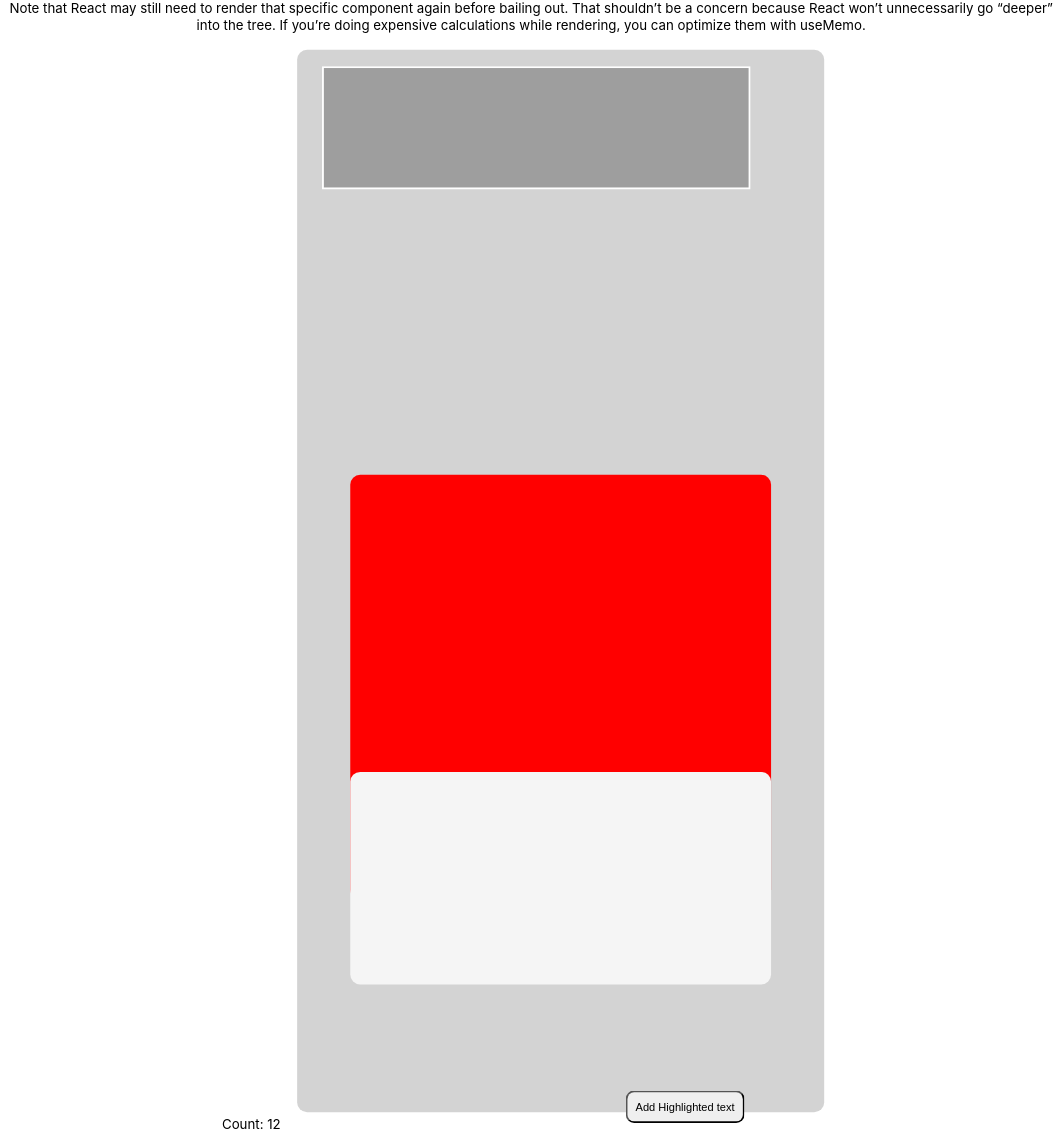
Repository: Farbod29/React-text-highlighter-with-hook-
Page: /
These files come from the project's save history. The page is drawn as it stood at one moment and after a run of saves; the edit follows.
The browser window is 1280 px wide. The pictures show the whole page, at 83% of full size.
Pictures or frames that could not be fetched are drawn as grey boxes. The project was rebuilt for these pictures with package versions that can differ from the ones it lists, and the page was loaded fresh each time.

Above is the page before, as saved 2022-02-18 23:07:57.

### src/App.js
import './App.css';
import Highlighter from './highlighter';
function App() {
  return (
    <div className="App">
      <Highlighter />
    </div>
  );
}

export default App;

### src/highlighter.js
import React, { useEffect, useState } from 'react';

export default function Highlighter() {
  let doit = () => {
    document.onmouseup = () => {
      console.log(window.getSelection().toString());
    };
  };
  const [count, setCount] = useState(12);
  return (
    <>
      <div>
        {' '}
        Note that React may still need to render that specific component again
        before bailing out. That shouldn’t be a concern because React won’t
        unnecessarily go “deeper” into the tree. If you’re doing expensive
        calculations while rendering, you can optimize them with useMemo.
      </div>
      Count: {count}
      {/* <button onClick={() => setCount((prevCount) => prevCount - 1)}>-</button> */}
      <div
        style={{
          padding: '0px 10px',
          height: '100vw',
          width: '48vw',
          margin: '20px',
          borderRadius: '12px',
          backgroundColor: '#D3D3D3',
          inline: true,
          fontColor: 'red',
          display: 'inline-block',
          textAlign: 'center',
          position: 'relative',
        }}
      >
        <img
          style={{
            height: '20vh',
            width: '40vw',
            position: 'absolute',
            border: '2px solid',
            borderColor: '#ffff',
            left: 30,
            top: 20,
          }}
          src="https://pfrias.couragecompanion.eu/storage/m/_v2/213604778138275840/4f8b684e5-e9314a/vlyvkRQwb3ew/u8hVvH5l5IFvha9MQyXCzPOYLo2SXG3bqIpv6vBg.png"
        ></img>
        <div
          style={{
            // textBox1
            padding: '0px 10px',
            backgroundColor: 'red',
            height: '40vw',
            width: '38vw',
            left: '5vw',
            top: '40vw',
            borderRadius: '12px',
            position: 'absolute',
          }}
        />
        <div
          style={{
            // textBox
            padding: '0px 10px',
            backgroundColor: '#F5F5F5',
            height: '20vw',
            width: '38vw',
            left: '5vw',
            top: '68vw',
            borderRadius: '12px',
            position: 'absolute',
          }}
        />
        <div
          style={{
            top: '500',
            position: 'absolute',
            bottom: '1vw',
            left: '25vw',
            right: '2vw',
            width: '23vw',
            height: '13px',
          }}
        >
          <button
            style={{ padding: '10px', borderRadius: '10px' }}
            onClick={() => setCount(12)}
          >
            {' '}
            Add Highlighted text{' '}
          </button>
        </div>
      </div>
      {doit()}
    </>
  );
}

Loaded but not shown: public/index.html (common file); src/index.js (common file); src/index.css (common file); src/reportWebVitals.js (common file); src/App.css (common file)

After the next 6 saves:
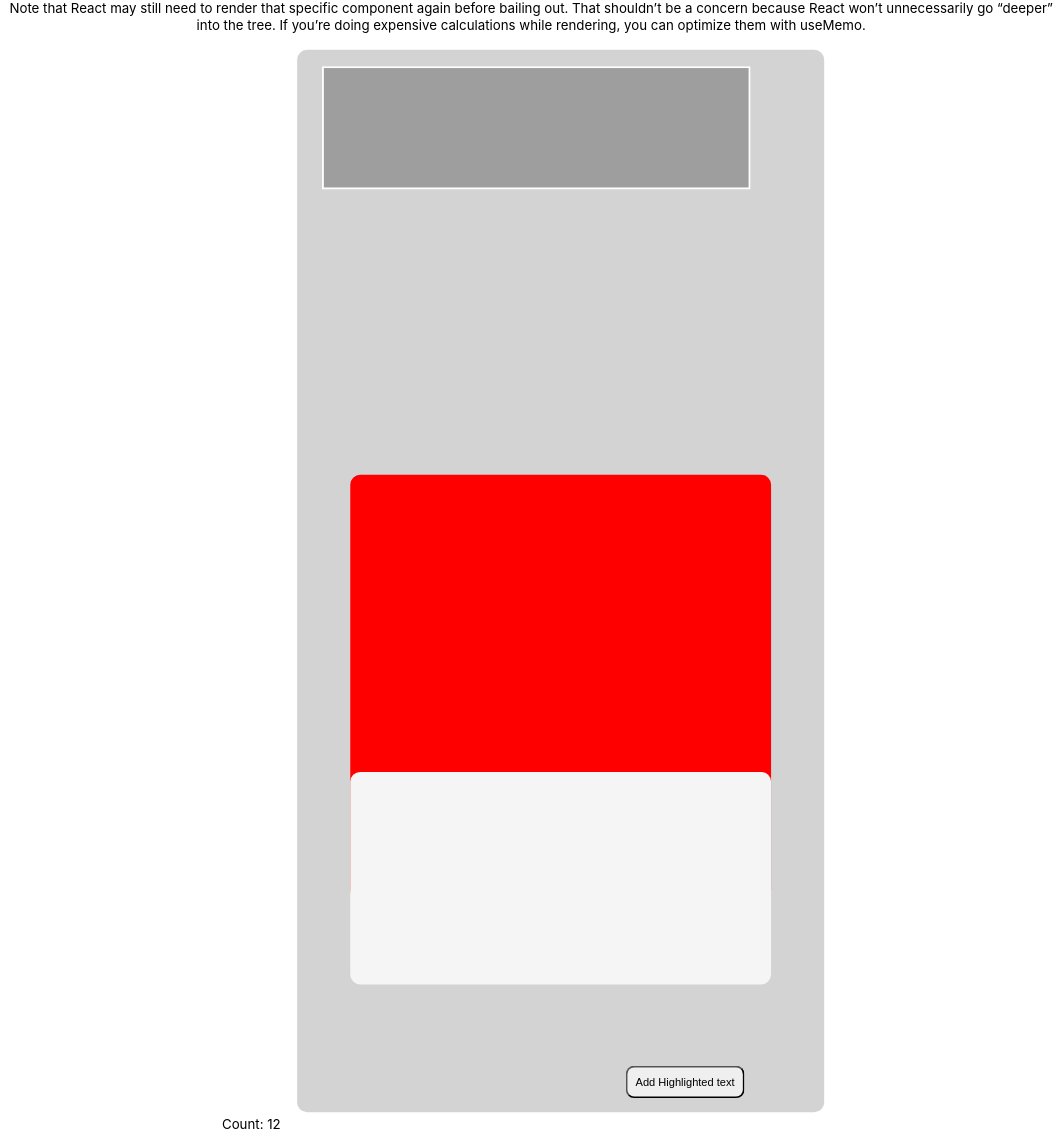
The 6 saves are shown as one change because they came seconds apart.
The last was saved 15 s later.
--- a/src/highlighter.js
+++ b/src/highlighter.js
@@ -79,7 +79,7 @@ export default function Highlighter() {
             left: '25vw',
             right: '2vw',
             width: '23vw',
-            height: '13px',
+            height: '43px',
           }}
         >
           <button
